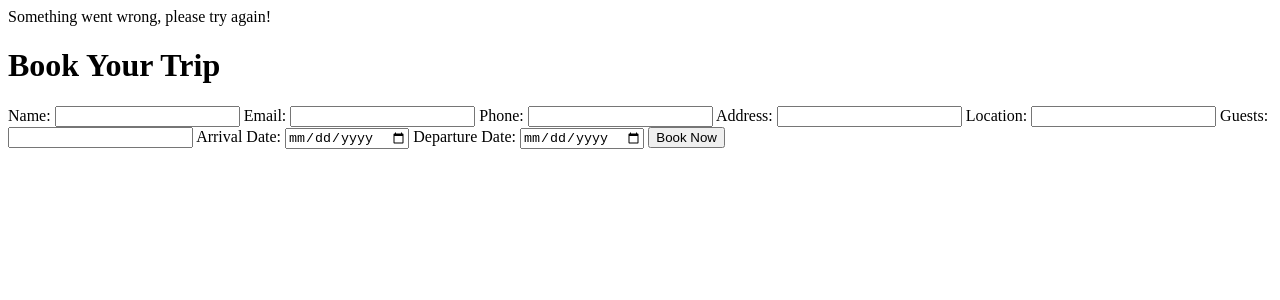
Repository: tanya2468/travel_agency
Page: http://localhost/book_form.php
An editor plug-in stored every save of this project. The page is shown before and after the next save, followed by the edit.
The browser window is 1280 px wide. The pictures show the whole page.
The page is run by PHP 8.4 with error messages shown; the project is at /var/www/html/.

Above is the page before, as saved 2024-11-12 19:19:24.

### book_form.php
<?php
include 'config.php';

// Check if form data has been submitted
if (isset($_POST['send'])) {
    // Collect form data and sanitize
    $name = mysqli_real_escape_string($conn, $_POST['name']);
    $email = mysqli_real_escape_string($conn, $_POST['email']);
    $phone = mysqli_real_escape_string($conn, $_POST['phone']);
    $address = mysqli_real_escape_string($conn, $_POST['address']);
    $location = mysqli_real_escape_string($conn, $_POST['location']);
    $guests = mysqli_real_escape_string($conn, $_POST['guests']);
    $arrivals = mysqli_real_escape_string($conn, $_POST['arrivals']);
    $leaving = mysqli_real_escape_string($conn, $_POST['leaving']);

    // SQL query to insert data into the table
    $request = "INSERT INTO book_form (name, email, phone, address, location, guests, arrivals, leaving)
                VALUES ('$name', '$email', '$phone', '$address', '$location', '$guests', '$arrivals', '$leaving')";

    // Execute the query and check for success
    if (mysqli_query($conn, $request)) {
        header('Location: book.php'); // Redirect on successful insert
    } else {
        echo "<script>alert('Oops! Something went wrong. Please try again.');</script>";
    }
} else {
    echo 'Something went wrong, please try again!';
}

// Close the connection
mysqli_close($conn);
?>

<!DOCTYPE html>
<html>
<head>
    <meta charset="UTF-8">
    <title>Book Form</title>
</head>
<body>
    <h1>Book Your Trip</h1>
    <form action="" method="POST">
        <label for="name">Name:</label>
        <input type="text" id="name" name="name" required>

        <label for="email">Email:</label>
        <input type="email" id="email" name="email" required>

        <label for="phone">Phone:</label>
        <input type="tel" id="phone" name="phone" required>

        <label for="address">Address:</label>
        <input type="text" id="address" name="address" required>

        <label for="location">Location:</label>
        <input type="text" id="location" name="location" required>

        <label for="guests">Guests:</label>
        <input type="number" id="guests" name="guests" required>

        <label for="arrivals">Arrival Date:</label>
        <input type="date" id="arrivals" name="arrivals" required>

        <label for="leaving">Departure Date:</label>
        <input type="date" id="leaving" name="leaving" required>

        <button type="submit" name="send">Book Now</button>
    </form>
</body>
</html>

### config.php
<?php
$server = "localhost";
$user = "root";
$pass = "";
$database = "book_db";

$conn = mysqli_connect($server, $user, $pass, $database);

if (!$conn) {
    die("<script>alert('Connection Failed.')</script>");
}
?>

After the next save:
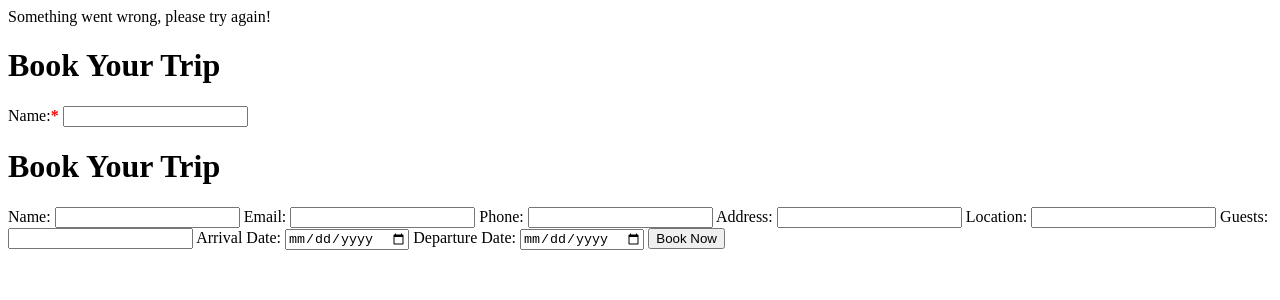
Saved 4 min 38 s later.
--- a/book_form.php
+++ b/book_form.php
@@ -30,6 +30,23 @@ if (isset($_POST['send'])) {
 // Close the connection
 mysqli_close($conn);
 ?>
+<!DOCTYPE html>
+<html>
+<head>
+    <meta charset="UTF-8">
+    <title>Book Form</title>
+    <style>
+        .required {
+            color: red;
+            font-weight: bold;
+        }
+    </style>
+</head>
+<body>
+    <h1>Book Your Trip</h1>
+    <form action="" method="POST">
+        <label for="name">Name:<span class="required">*</span></label>
+        <input type="text" id="name" name="name" required>
 
 <!DOCTYPE html>
 <html>
